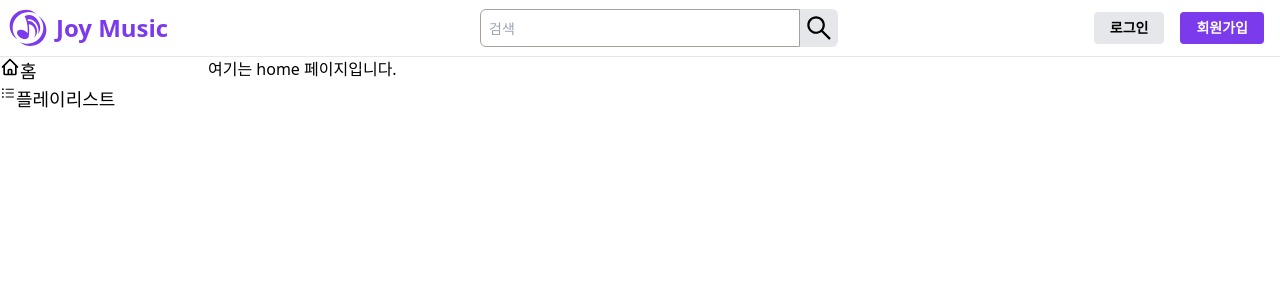
Repository: momo0170/streaming
Page: /
The author's editor kept a copy of each file at every save. The page is drawn from the files as they stood at one save, then again after a run of saves.
The browser window is 1280 px wide. The pictures show the whole page.
The project was rebuilt for these pictures with package versions that can differ from the ones it lists, and the page was loaded fresh each time. Also part of the build but not shown: src/App.css, src/router/Playlist.jsx.

Above is the page before, as saved 2023-09-23 11:30:52.

After the next 2 saves:
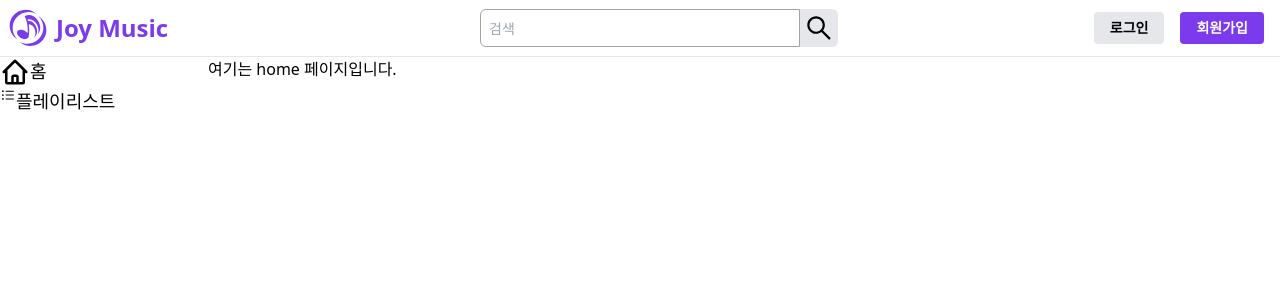
The 2 saves are shown as one change because they came seconds apart.
The last was saved 7 s later.
--- a/src/components/MenuButton.jsx
+++ b/src/components/MenuButton.jsx
@@ -6,7 +6,7 @@ import { IoIosListBox, IoIosList } from 'react-icons/io';
 export default function MenuButton({ text, path }) {
   return (
     <Link to={path} className="flex">
-      {text === '홈' ? <HiOutlineHome size="20" /> : <IoIosList />}
+      {text === '홈' ? <HiOutlineHome size="30" /> : <IoIosList />}
       <span className="text-lg">{text}</span>
     </Link>
   );
